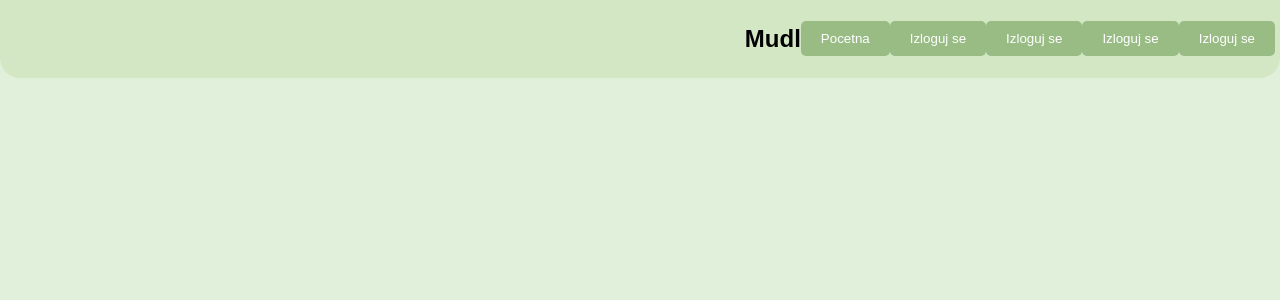
Repository: MarkoKillin/RazvojInformacionihSistemaProjekat
Page: http://localhost/MudlWeb/headers/admin_header.jsp
An editor plug-in stored every save of this project. The page is shown before and after a run of saves, followed by the edit.
The browser window is 1280 px wide. The pictures show the whole page.
The page is served by Tomcat 10. Other server files are loaded and not shown.

Above is the page before, as saved 2024-01-28 17:38:37.

### MudlWeb/src/main/webapp/headers/admin_header.jsp
<%@ page language="java" contentType="text/html; charset=UTF-8"
	pageEncoding="UTF-8"%>
<!DOCTYPE html>
<html lang="en">
<head>
<meta charset="UTF-8">
<meta name="viewport" content="width=device-width, initial-scale=1.0">
<title>Admin Mudl</title>
<link rel="stylesheet" type="text/css"
	href="${pageContext.request.contextPath}/css/styles.css">
</head>
<body>

	<header>
		<h2>Mudl</h2>
		<a href="/Mudl/admin/home"><button>Pocetna</button></a>
		<a href="/Mudl/logout"><button>Izloguj se</button></a>
		<a href="/Mudl/logout"><button>Izloguj se</button></a>
		<a href="/Mudl/logout"><button>Izloguj se</button></a>
		<a href="/Mudl/logout"><button>Izloguj se</button></a>

	</header>

</body>
</html>

### MudlWeb/src/main/webapp/css/styles.css
@charset "UTF-8";

:root {
	--primary-color: #E1F0DA;
	--secondary-color: #D4E7C5;
	--accent-color: #BFD8AF;
	--highlight-color: #99BC85;
}

body {
	font-family: 'Arial', sans-serif;
	background-color: var(--primary-color);
	color: black;
	height: 100vh;
	margin: 0%;
}

header {
	background-color: var(--secondary-color);
	padding: 5px;
	display: flex;
	justify-content: end;
	align-items: center;
	border-bottom-left-radius: 20px;
	border-bottom-right-radius: 20px;
}


footer {
	background-color: var(--secondary-color);
	padding: 10px;
	text-align: center;
	position: fixed;
	bottom: 0;
	width: 100%;
}


button {
	background-color: var(--highlight-color);
	color: white;
	padding: 10px 20px;
	border: none;
	border-radius: 5px;
	cursor: pointer;

}

button:hover {
	background-color: var(--primary-color);
	color: black;
}

After the next 2 saves:
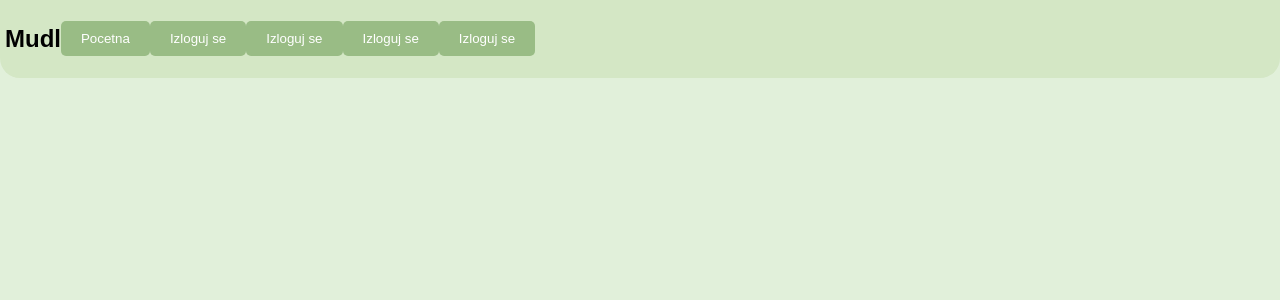
The 2 saves are shown as one change because they came seconds apart.
The last was saved 27 s later.
--- a/MudlWeb/src/main/webapp/css/styles.css
+++ b/MudlWeb/src/main/webapp/css/styles.css
@@ -19,12 +19,14 @@ header {
 	background-color: var(--secondary-color);
 	padding: 5px;
 	display: flex;
-	justify-content: end;
 	align-items: center;
 	border-bottom-left-radius: 20px;
 	border-bottom-right-radius: 20px;
 }
 
+header nav {
+	justify-content: end;
+}
 
 footer {
 	background-color: var(--secondary-color);
